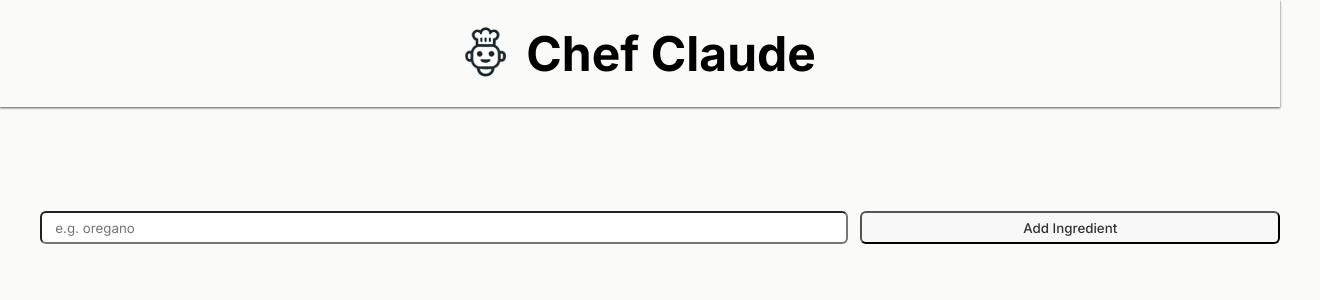
Repository: AchrafAzzaoui/Chef_Claude--React_Course_Scrimba_Project
Page: / (app in project/)
The author's editor kept a copy of each file at every save. The page is drawn from the files as they stood at one save, then again after the next save.
The browser window is 1280 px wide. The page is 1320 px wide, then 1280 px, so the pictures cover 1320 px, including what lies to the right of the window. The pictures show the whole page.
The project was rebuilt for these pictures with package versions that can differ from the ones it lists, and the page was loaded fresh each time. Also part of the build but not shown: project/vite.config.js.

Above is the page before, as saved 2024-11-30 17:58:50.

After the next save:
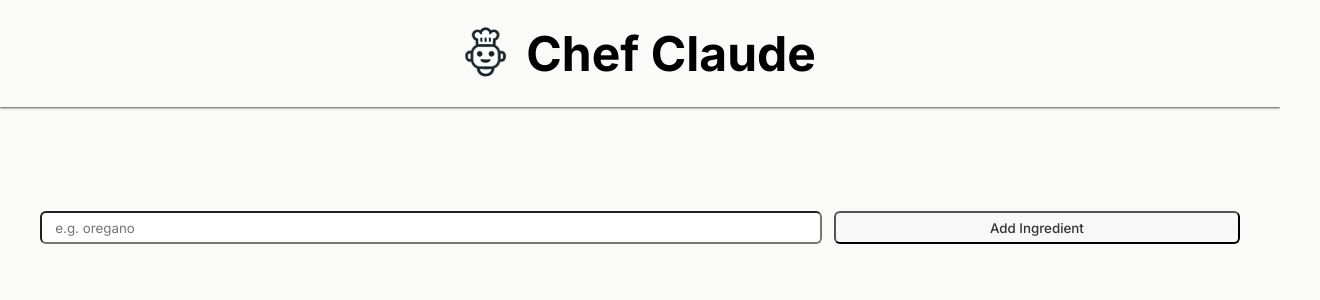
Saved 16 s later.
--- a/project/index.css
+++ b/project/index.css
@@ -28,7 +28,7 @@
 
 .main-container {
   /* max-width: 45em; Same calculation */
-  width: calc(100em * 0.825); /* Ratio applied */
+  max-width: calc(100em * 0.825); /* Ratio applied */
   margin: 0 auto;
   padding: 1.5em; /* Maintain consistent padding */
 }
